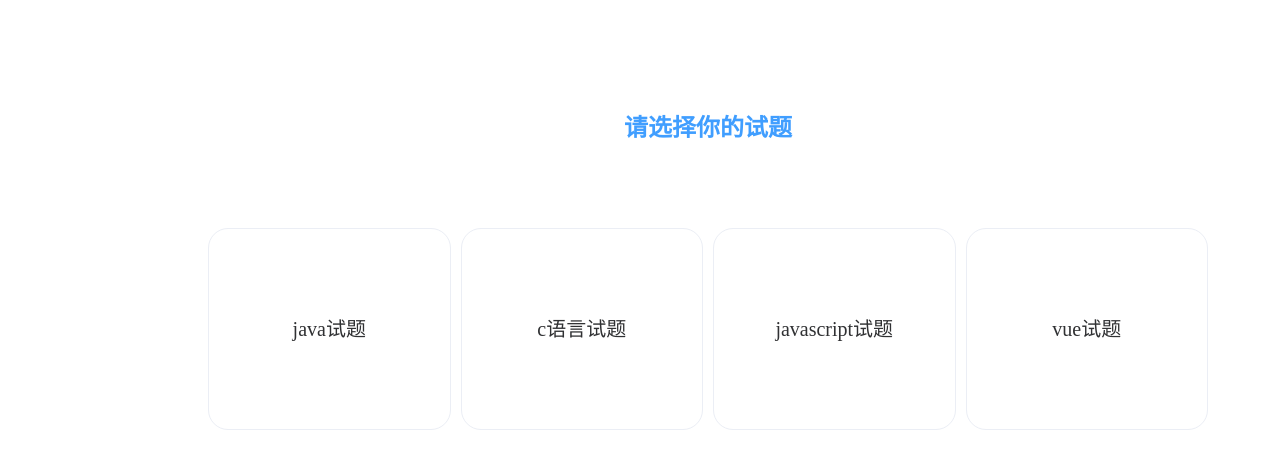
Repository: Fhup/OQP
Page: /home
These files come from the project's save history. The page is drawn as it stood at one moment and after the next save; the edit follows.
The browser window is 1280 px wide. The pictures show the whole page.
The project was rebuilt for these pictures with package versions that can differ from the ones it lists, and the page was loaded fresh each time.

Above is the page before, as saved 2021-11-28 08:25:14.

### index.html
<!DOCTYPE html>
<html>
  <head>
    <meta charset="utf-8">
    <meta name="viewport" content="width=device-width,initial-scale=1.0">
    <title>oqp</title>
  </head>
  <body>
    <div id="app"></div>
    <!-- built files will be auto injected -->
  </body>
</html>

### src/main.js
import Vue from 'vue'
import App from './App'
import router from './router'

import ElementUI from 'element-ui';
import 'element-ui/lib/theme-chalk/index.css';

Vue.config.productionTip = false


Vue.use(ElementUI);

new Vue({
    el: '#app',
    router,
    render: h => h(App)
})

### src/App.vue
<template>
  <div id="app">
    <router-view></router-view>
  </div>
</template>

<script>
export default {
    name: 'App',
}
</script>

<style scoped>
  @import url('assets/css/base.css');
</style>

### src/router/index.js
//配置路由相关的信息
import Vue from 'vue'
import Router from 'vue-router'

const home = () =>
    import ('views/home/home')
const login = () =>
    import ('views/login/login')



// Vue.use() 安装插件
Vue.use(Router);
// 对多次push进行处理
const originalPush = Router.prototype.push
Router.prototype.push = function push(location) {
    return originalPush.call(this, location).catch(err => err)
}

var routes = [{
        path: "",
        redirect: "/login"
    },
    {
        path: "/login",
        component: login
    },
    {
        path: "/home",
        component: home
    }
]

const router = new Router({
    mode: 'history',
    linkActiveClass: 'active',
    routes
})


//前置守卫(guard)
// router.beforeEach((to, from, next) => {
//     //从from到to 实现路由导航
//     document.title = to.matched[0].meta.title
//     next()
// })

//后置钩子(hook)
// router.afterEach((to, from) => {
//     // console.log('----------')
// })

export default router

### src/views/home/home.vue
<template>
  <div class="home">
      <el-row>
        <el-col :span="24"><div class="top">
          <h2>请选择你的试题</h2>
        </div></el-col>
      </el-row>
      <el-row :gutter="10">
      <el-col :span="6"><div class="grid-content" @click="check('java')">
        <el-card shadow="hover" >
          java试题
        </el-card>
      </div></el-col>
      <el-col :span="6"><div class="grid-content" @click="check('c')">
        <el-card shadow="hover" >
          c语言试题
        </el-card>
      </div></el-col>
      <el-col :span="6"><div class="grid-content" @click="check('javascript')">
        <el-card shadow="hover" >
          javascript试题
        </el-card>
      </div></el-col>
      <el-col :span="6"><div class="grid-content" @click="check('vue')">
        <el-card shadow="hover">
          vue试题
        </el-card>
      </div></el-col>
    </el-row>
  <el-dialog
    :title="checked"
    :visible.sync="dialogVisible"
    width="30%"
    :before-close="handleClose">
    <div>
      <div class="block">
        <span class="demonstration">选择试题个数(默认为10个)</span>
        <el-slider
          v-model="value"
          :step="10"
          :min="10"
          show-stops>
        </el-slider>
      </div>
    </div>
    <span slot="footer" class="dialog-footer">
      <el-button @click="dialogVisible = false">取 消</el-button>
      <el-button type="primary" @click="dialogVisible = false">确 定</el-button>
    </span>
  </el-dialog>
</div>
</template>

<script>
export default {
  name: 'Home',

  data() {
    return {
      dialogVisible: false,
      checked:null,
      value:[10,100]
    };
  },

  mounted() {

  },

  methods: {
    handleClose(done) {
        this.$confirm('确认关闭？')
          .then(_ => {
            done();
          })
          .catch(_ => {});
      },
    check(info){
      this.dialogVisible=true
      this.checked=info
    }
  },
};
</script>

<style scoped>
  .home{
    margin: 0 200px;
    min-width: 1000px;
    user-select: none;
  }
  .top{
    height: 200px;
    line-height: 200px;
    text-align: center;
  }
  h2{
    cursor: help;
    color:  #409EFF;
  }
</style>

<style>
  .home .grid-content {
    min-height: 200px;
    min-width: 200px;
    height: 200px;
    border-radius: 20px;
    line-height: 160px;
    text-align: center;
    font-size: 20px;
    cursor: pointer;
  }
  .home .el-card{
    height: 200px;
    border-radius: 20px;
  }
</style>

### src/views/home/childCopms/homeCheck.vue
<template>
  <div class="homecheck">
          <el-row>
        <el-col :span="24"><div class="top">
          <h2>请选择你的试题</h2>
        </div></el-col>
      </el-row>
      <el-row :gutter="10">
      <el-col :span="6"><div class="grid-content" @click="check('java')">
        <el-card shadow="hover" >
          java试题
        </el-card>
      </div></el-col>
      <el-col :span="6"><div class="grid-content" @click="check('c')">
        <el-card shadow="hover" >
          c语言试题
        </el-card>
      </div></el-col>
      <el-col :span="6"><div class="grid-content" @click="check('javascript')">
        <el-card shadow="hover" >
          javascript试题
        </el-card>
      </div></el-col>
      <el-col :span="6"><div class="grid-content" @click="check('vue')">
        <el-card shadow="hover">
          vue试题
        </el-card>
      </div></el-col>
    </el-row>
  <el-dialog
    :title="checked"
    :visible.sync="dialogVisible"
    width="30%"
    :before-close="handleClose">
    <div>
      <div class="block">
        <span class="demonstration">选择试题个数(默认为10个)</span>
        <el-slider
          v-model="value"
          :step="10"
          :min="10"
          show-stops>
        </el-slider>
      </div>
    </div>
    <span slot="footer" class="dialog-footer">
      <el-button @click="dialogVisible = false">取 消</el-button>
      <el-button type="primary" @click="dialogVisible = false">确 定</el-button>
    </span>
  </el-dialog>
  </div>
</template>

<script>
export default {
  name: 'Homecheck',

  data() {
    return {
      dialogVisible: false,
      checked:null,
      value:[10,100]
    };
  },

  mounted() {

  },

  methods: {
    handleClose(done) {
        this.$confirm('确认关闭？')
          .then(_ => {
            done();
          })
          .catch(_ => {});
      },
    check(info){
      this.dialogVisible=true
      this.checked=info
    }
  },
};
</script>

<style scoped>
.homecheck{
    margin: 0 200px;
    min-width: 1000px;
    user-select: none;
  }
  .top{
    height: 200px;
    line-height: 200px;
    text-align: center;
  }
  h2{
    cursor: help;
    color:  #409EFF;
  }
</style>

<style>
  .homecheck .grid-content {
    min-height: 200px;
    min-width: 200px;
    height: 200px;
    border-radius: 20px;
    line-height: 160px;
    text-align: center;
    font-size: 20px;
    cursor: pointer;
  }
  .homecheck .el-card{
    height: 200px;
    border-radius: 20px;
  }
</style>

Loaded but not shown: src/assets/css/base.css (common file)

After the next save:
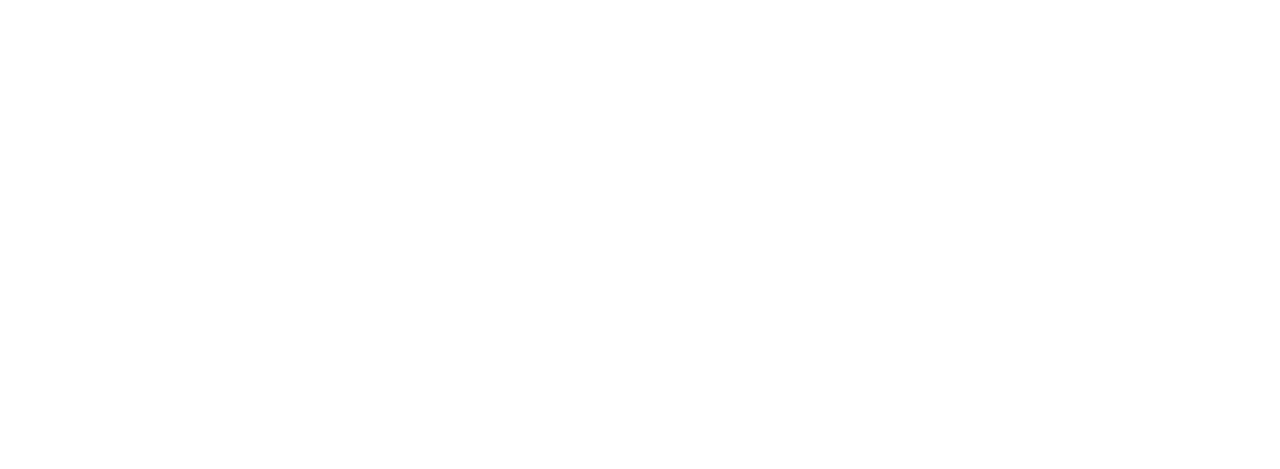
Saved 10 s later.
--- a/src/views/home/home.vue
+++ b/src/views/home/home.vue
@@ -1,53 +1,6 @@
 <template>
-  <div class="home">
-      <el-row>
-        <el-col :span="24"><div class="top">
-          <h2>请选择你的试题</h2>
-        </div></el-col>
-      </el-row>
-      <el-row :gutter="10">
-      <el-col :span="6"><div class="grid-content" @click="check('java')">
-        <el-card shadow="hover" >
-          java试题
-        </el-card>
-      </div></el-col>
-      <el-col :span="6"><div class="grid-content" @click="check('c')">
-        <el-card shadow="hover" >
-          c语言试题
-        </el-card>
-      </div></el-col>
-      <el-col :span="6"><div class="grid-content" @click="check('javascript')">
-        <el-card shadow="hover" >
-          javascript试题
-        </el-card>
-      </div></el-col>
-      <el-col :span="6"><div class="grid-content" @click="check('vue')">
-        <el-card shadow="hover">
-          vue试题
-        </el-card>
-      </div></el-col>
-    </el-row>
-  <el-dialog
-    :title="checked"
-    :visible.sync="dialogVisible"
-    width="30%"
-    :before-close="handleClose">
-    <div>
-      <div class="block">
-        <span class="demonstration">选择试题个数(默认为10个)</span>
-        <el-slider
-          v-model="value"
-          :step="10"
-          :min="10"
-          show-stops>
-        </el-slider>
-      </div>
-    </div>
-    <span slot="footer" class="dialog-footer">
-      <el-button @click="dialogVisible = false">取 消</el-button>
-      <el-button type="primary" @click="dialogVisible = false">确 定</el-button>
-    </span>
-  </el-dialog>
+<div class="home">
+
 </div>
 </template>
 
@@ -57,9 +10,7 @@
 
   data() {
     return {
-      dialogVisible: false,
-      checked:null,
-      value:[10,100]
+
     };
   },
 
@@ -68,51 +19,11 @@
   },
 
   methods: {
-    handleClose(done) {
-        this.$confirm('确认关闭？')
-          .then(_ => {
-            done();
-          })
-          .catch(_ => {});
-      },
-    check(info){
-      this.dialogVisible=true
-      this.checked=info
-    }
+
   },
 };
 </script>
 
 <style scoped>
-  .home{
-    margin: 0 200px;
-    min-width: 1000px;
-    user-select: none;
-  }
-  .top{
-    height: 200px;
-    line-height: 200px;
-    text-align: center;
-  }
-  h2{
-    cursor: help;
-    color:  #409EFF;
-  }
+
 </style>
-
-<style>
-  .home .grid-content {
-    min-height: 200px;
-    min-width: 200px;
-    height: 200px;
-    border-radius: 20px;
-    line-height: 160px;
-    text-align: center;
-    font-size: 20px;
-    cursor: pointer;
-  }
-  .home .el-card{
-    height: 200px;
-    border-radius: 20px;
-  }
-</style>

After the 4 saves that followed:
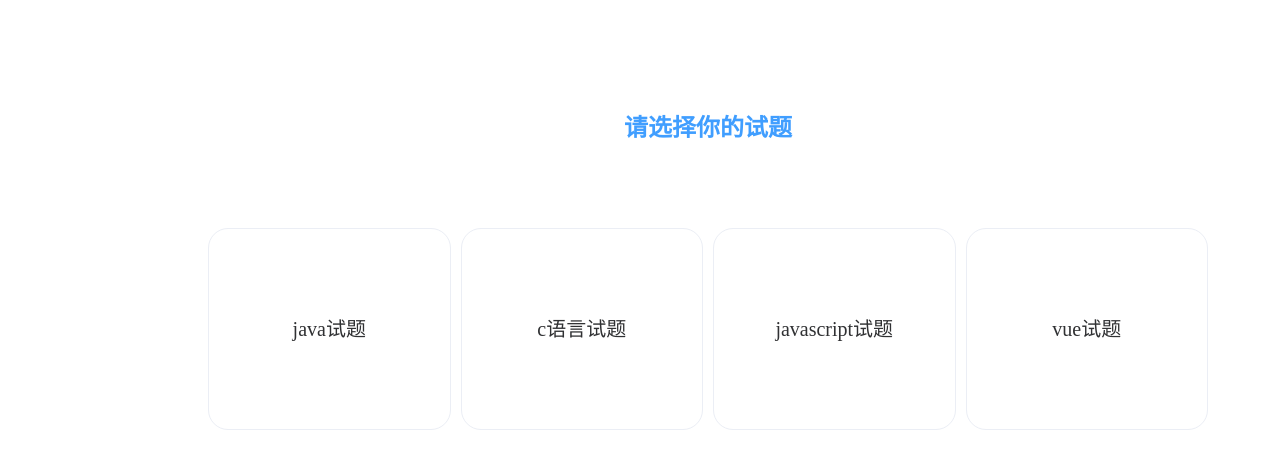
The 4 saves are shown as one change because 2 left the picture as it was and some came seconds apart.
The last was saved 6 min 31 s later.
--- a/src/views/home/home.vue
+++ b/src/views/home/home.vue
@@ -1,11 +1,13 @@
 <template>
 <div class="home">
-
+  <home-check/>
 </div>
 </template>
 
 <script>
+import homeCheck from './childCopms/homeCheck.vue';
 export default {
+  components: { homeCheck },
   name: 'Home',
 
   data() {
